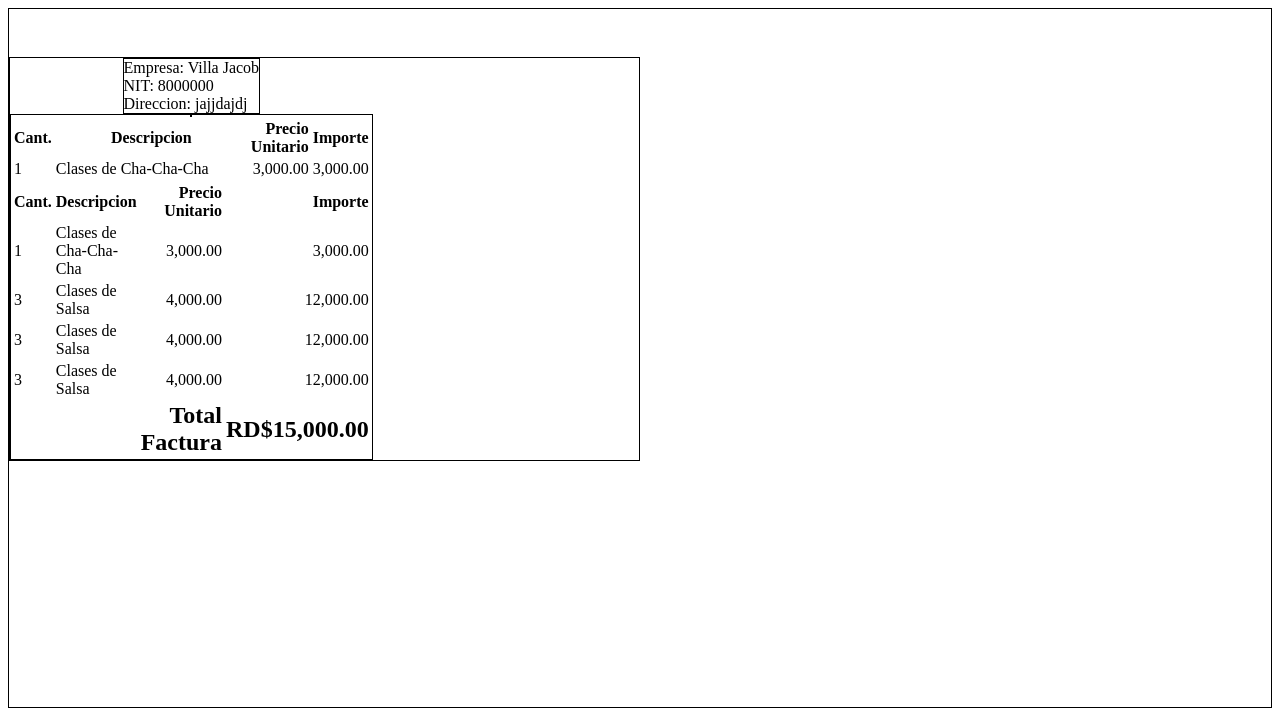
Repository: MrVanQish/FacturaEstructura
Page: index.html
An editor plug-in stored every save of this project. The page is shown before and after the next save, followed by the edit.
The browser window is 1280 px wide. The pictures show the whole page.

Above is the page before, as saved 2021-09-29 10:52:11.

### index.html
<!DOCTYPE html>
<html lang="en">
<head>
    <meta charset="UTF-8">
    <meta http-equiv="X-UA-Compatible" content="IE=edge">
    <meta name="viewport" content="width=device-width, initial-scale=1.0">
    <title>Document</title>
    <link rel="stylesheet" href="styles.css">
</head>
<body>

    <div class="wrapper">

        <div class="factura1">
                <div class="infoEmpresa-f">
                    Empresa: Villa Jacob
                    <br>
                    NIT: 8000000
                    <br>
                    Direccion: jajjdajdj
                </div>

                <div class="infoCliente-f">
                    <table class="table table-borderless factura">
                          <thead>
                            <tr>
                              <th>Cant.</th>
                              <th>Descripcion</th>
                              <th>Precio Unitario</th>
                              <th>Importe</th>
                            </tr>
                          </thead>
                          <tbody>
                            <tr>
                              <td>1</td>
                              <td>Clases de Cha-Cha-Cha</td>
                              <td>3,000.00</td>
                              <td>3,000.00</td>
                            </tr>

                          </tbody>
                </div>


                    <div class="items-f row my-5">
                        <table class="table table-borderless factura">
                          <thead>
                            <tr>
                              <th>Cant.</th>
                              <th>Descripcion</th>
                              <th>Precio Unitario</th>
                              <th>Importe</th>
                            </tr>
                          </thead>
                          <tbody>
                            <tr>
                              <td>1</td>
                              <td>Clases de Cha-Cha-Cha</td>
                              <td>3,000.00</td>
                              <td>3,000.00</td>
                            </tr>
                            <tr>
                              <td>3</td>
                              <td>Clases de Salsa</td>
                              <td>4,000.00</td>
                              <td>12,000.00</td>
                            </tr>
                            <tr>
                              <td>3</td>
                              <td>Clases de Salsa</td>
                              <td>4,000.00</td>
                              <td>12,000.00</td>
                            </tr>
                            <tr>
                              <td>3</td>
                              <td>Clases de Salsa</td>
                              <td>4,000.00</td>
                              <td>12,000.00</td>
                            </tr>

                          </tbody>
                          <tfoot>
                            <tr>
                              <th></th>
                              <th></th>
                              <th>Total Factura</th>
                              <th>RD$15,000.00</th>
                            </tr>
                          </tfoot>
                        </table>
                        <div class="cond row"></div>
                      </div>

        </div>

    </div>









    </div>

</body>
</html>

### styles.css
@page {
    size: A4 landscape;
}

.factura {
  table-layout: fixed;
}

.factura > thead {
  border-top: solid 3px #000;
  border-bottom: 3px solid #000;
}

.factura > thead > tr > th:nth-child(2), .factura > tbod > tr > td:nth-child(2) {
  width: 300px;
}

.factura > thead > tr > th:nth-child(n+3) {
  text-align: right;
}

.factura > tbody > tr > td:nth-child(n+3) {
  text-align: right;
}

.factura > tfoot > tr > th, .factura > tfoot > tr > th:nth-child(n+3) {
  font-size: 24px;
  text-align: right;
}


.wrapper {
    height: 97vh;
    border: 1px solid #000;
    display: grid;
    grid-template-columns: 1fr 1fr;
    grid-template-rows: 500px;
    grid-template-areas:
      "f1 f2";
  }

  .factura1 {

    display: grid;
    grid-area: f1;
    align-self: center;
    justify-self: center;
    border: 1px solid #000;
    grid-template-columns: 1fr 1fr;
    grid-template-rows: auto;
    grid-template-areas:
      "infoEmpresa-f x"
      "infoCliente-f items-f"
  }


.infoEmpresa-f{

    grid-area: infoEmpresa-f;
    border: 1px solid #000;
    align-self: center;
    justify-self: center;

}

.infoCliente-f{
    grid-area: infoCliente-f;
    border: 1px solid #000;
    align-self: center;
    justify-self: center;
}

.items-f{
    grid-area: items-f;
    border: 1px solid #000;
    align-self: center;
    justify-self: center;
}

After the next save:
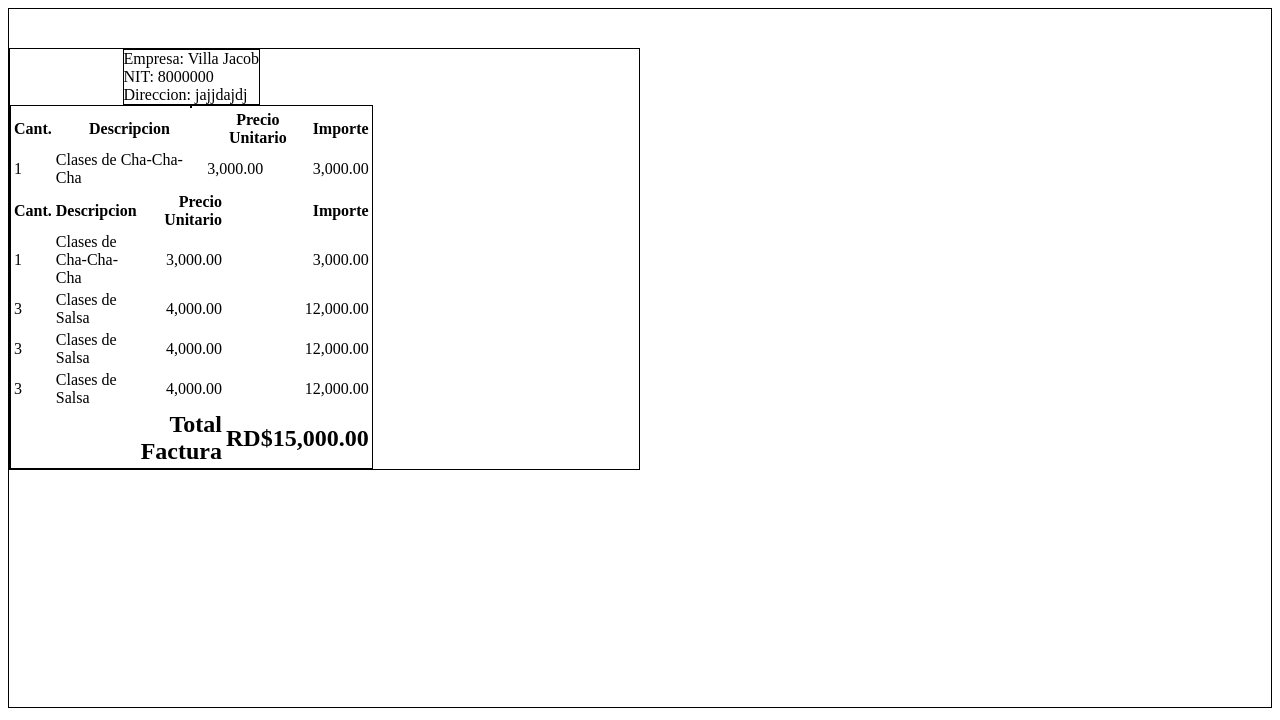
Saved 10 s later.
--- a/index.html
+++ b/index.html
@@ -21,7 +21,7 @@
                 </div>
 
                 <div class="infoCliente-f">
-                    <table class="table table-borderless factura">
+                    <table>
                           <thead>
                             <tr>
                               <th>Cant.</th>
